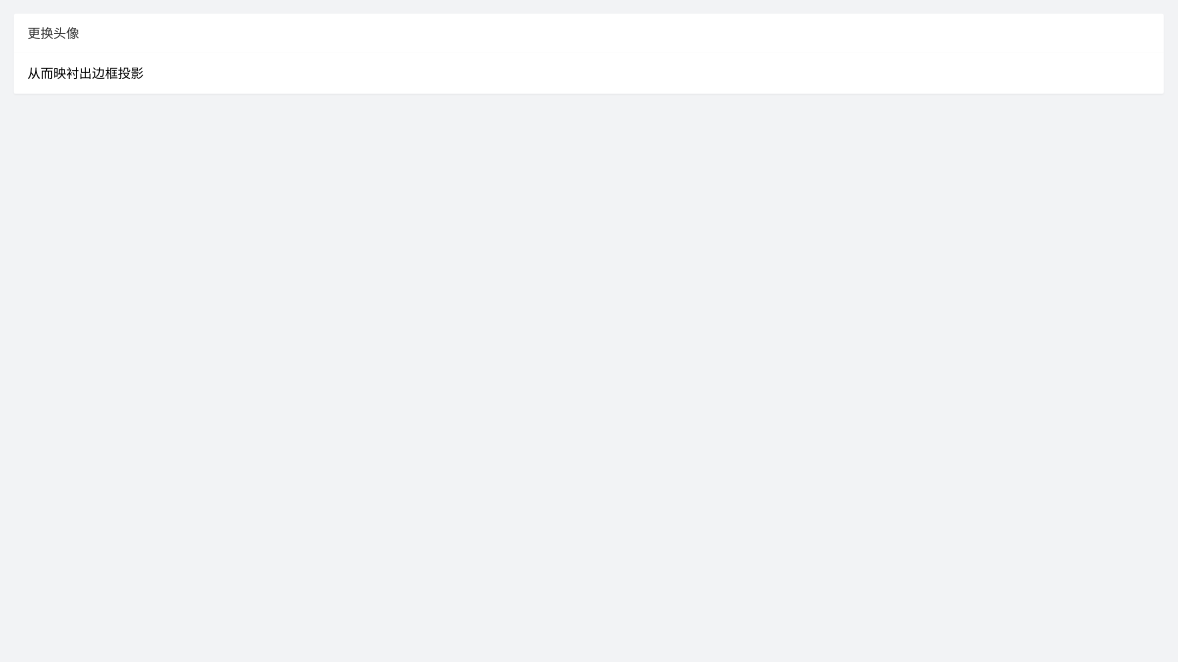
Repository: haloxxi/web_bigevent
Page: user/user-avatar.html
An editor plug-in stored every save of this project. The page is shown before and after the next save, followed by the edit.
The browser window is 1280 px wide. The pictures show the whole page, at 92% of full size.

Above is the page before, as saved 2022-06-26 20:43:37.

After the next save:
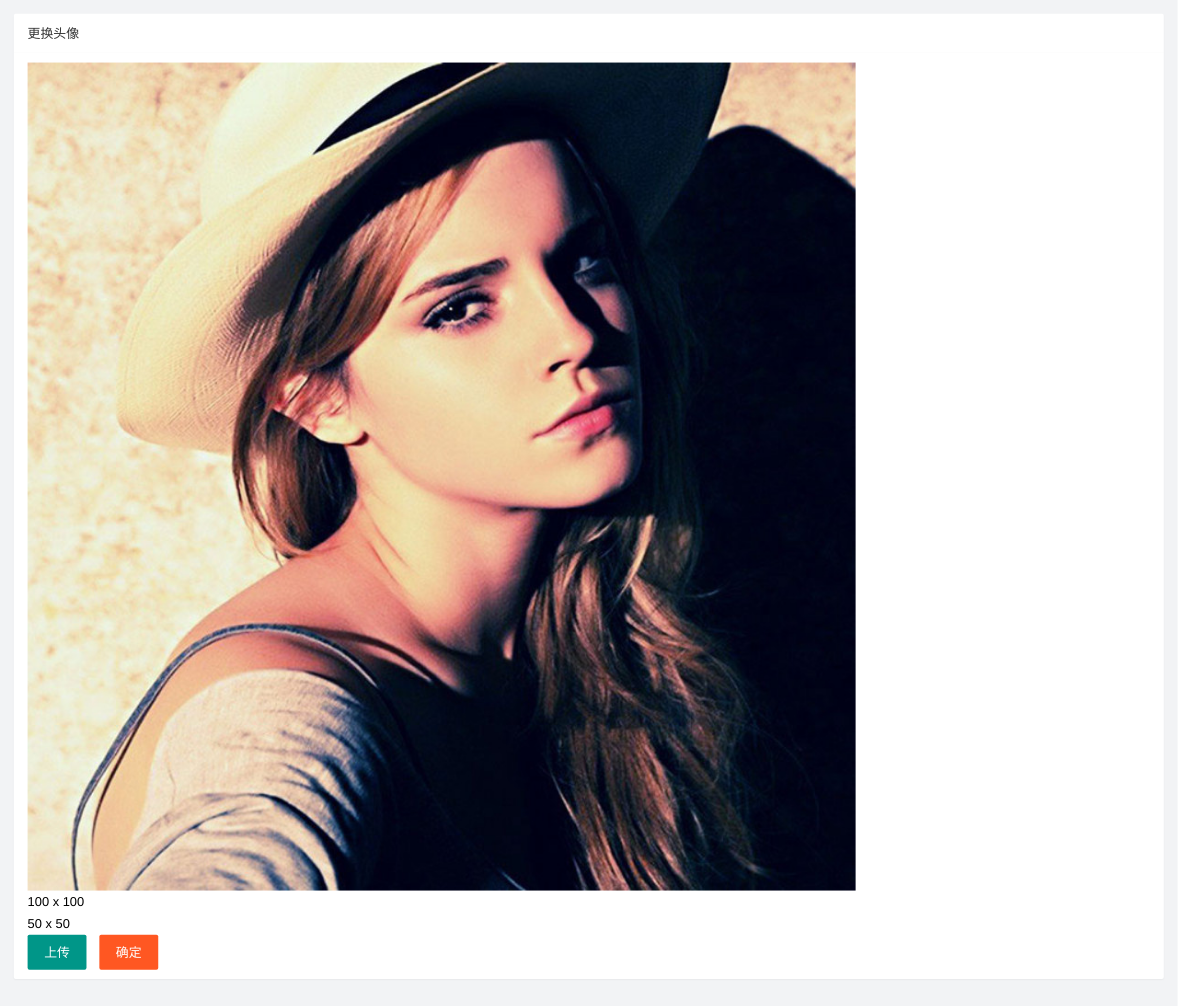
Saved 3 min 14 s later.
--- a/user/user-avatar.html
+++ b/user/user-avatar.html
@@ -19,7 +19,36 @@
     <div class="layui-card">
         <div class="layui-card-header">更换头像</div>
         <div class="layui-card-body">
-            从而映衬出边框投影
+            <!-- 第一行的图片裁剪和预览区域 -->
+            <div class="row1">
+
+                <!-- 图片裁剪区域 -->
+                <div class="cropper-box">
+                    <!-- 这个 img 标签很重要，将来会把它初始化为裁剪区域 -->
+                    <img id="image" src="/assets/images/sample.jpg" />
+                </div>
+
+                <!-- 图片的预览区域 -->
+                <div class="preview-box">
+                    <div>
+                        <!-- 宽高为 100px 的预览区域 -->
+                        <div class="img-preview w100"></div>
+                        <p class="size">100 x 100</p>
+                    </div>
+                    <div>
+                        <!-- 宽高为 50px 的预览区域 -->
+                        <div class="img-preview w50"></div>
+                        <p class="size">50 x 50</p>
+                    </div>
+                </div>
+            </div>
+
+
+            <!-- 第二行的按钮区域 -->
+            <div class="row2">
+                <button type="button" class="layui-btn">上传</button>
+                <button type="button" class="layui-btn layui-btn-danger">确定</button>
+            </div>
         </div>
     </div>
 
